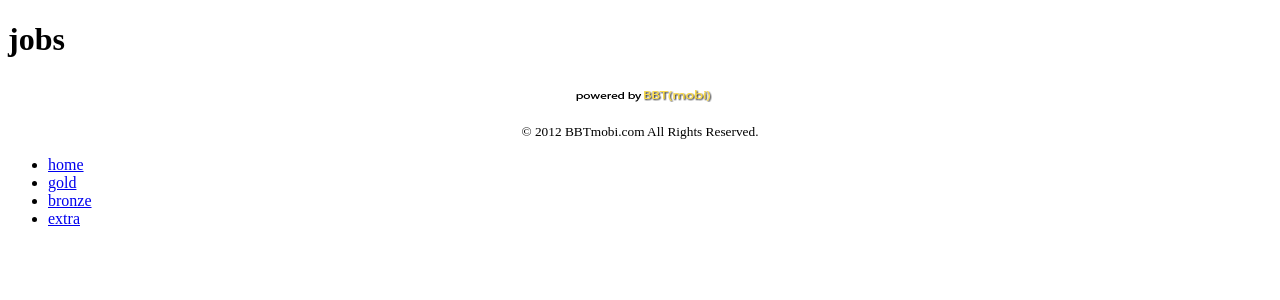
Repository: mtr8667/ASD
Page: couchdb/app/_attachments/detail.html
These files come from the project's save history. The page is drawn as it stood at one moment and after the next save; the edit follows.
The browser window is 1280 px wide. The pictures show the whole page.

Above is the page before, as saved 2012-07-23 15:45:30.

### couchdb/app/_attachments/detail.html
<!DOCTYPE html>
<!-- Matthew Richter, Project 1 for ASD 1207 Full Sail University  -->
<!-- June 27, 1212 -->

<!-- HTML TAG -->
<html lang="en">
<head>
	<!-- Document Title  -->
	<title>Projects</title>
	<meta charset="utf-8">
</head>

<body>

<!-- home page -->
	<div data-role="page" id="jobs">

		<!-- home page header -->
		<div data-role="header" data-position="fixed" data-theme="a" data-id="header">
			<h1>jobs</h1>
		</div>
		<!-- Call to Action -->
		<div>
			<center>
				<img src="logob.png"/>
			</center>
		</div>
		<div data-role="content">
			<div data-role="fieldcontain">
				<ul data-role="listview" id="jobssHolder" data-filter="true" data-inset="true" data-mini="true">
				</ul>
			</div>
		</div>
		<div data-role="fieldcontain">
			<div>
					<center>
						<p><small id="footer"> &copy; 2012 BBTmobi.com All Rights Reserved.</small></p>
					</center>
			</div>
		</div>

		<!-- Home page Footer -->
		<div data-role="footer" data-position="fixed" data-id="footer">
				<div data-role="navbar">
					<ul id="footerUl">
						<li><a href="#home" data-icon="home"  data-transition="fade">home</a></li>
						<li><a href="http://mtr8667.github.com/MIU-site/week4/gold/index.html" data-icon="star" data-transition="fade">gold</a></li>
						<li><a href="http://mtr8667.github.com/MIU-site/week4/bronze/index.html" data-icon="star" data-transition="fade">bronze</a></li>
						<li><a href="#feedback" data-icon="info" data-transition="fade">extra</a></li>
					</ul>
				</div>
		</div>

	</div>
	<!-- JavaScript under here -->
</body>
</html>

After the next save:
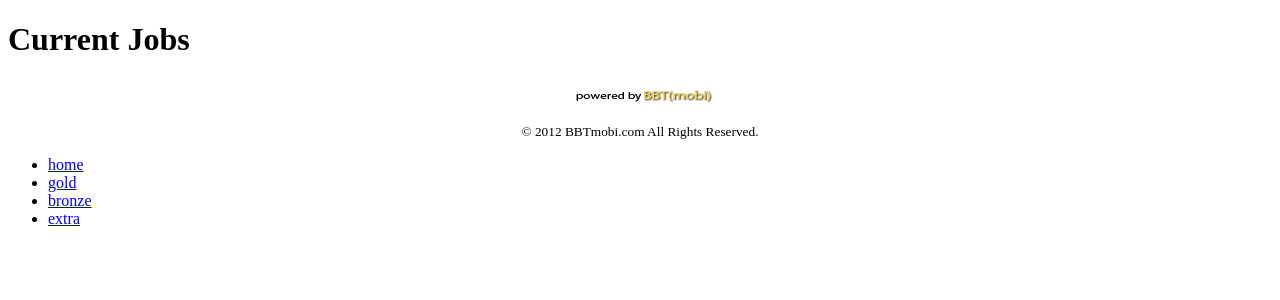
Saved 2 min 27 s later.
--- a/couchdb/app/_attachments/detail.html
+++ b/couchdb/app/_attachments/detail.html
@@ -6,7 +6,7 @@
 <html lang="en">
 <head>
 	<!-- Document Title  -->
-	<title>Projects</title>
+	<title>Jobs</title>
 	<meta charset="utf-8">
 </head>
 
@@ -17,7 +17,7 @@
 
 		<!-- home page header -->
 		<div data-role="header" data-position="fixed" data-theme="a" data-id="header">
-			<h1>jobs</h1>
+			<h1>Current Jobs</h1>
 		</div>
 		<!-- Call to Action -->
 		<div>
